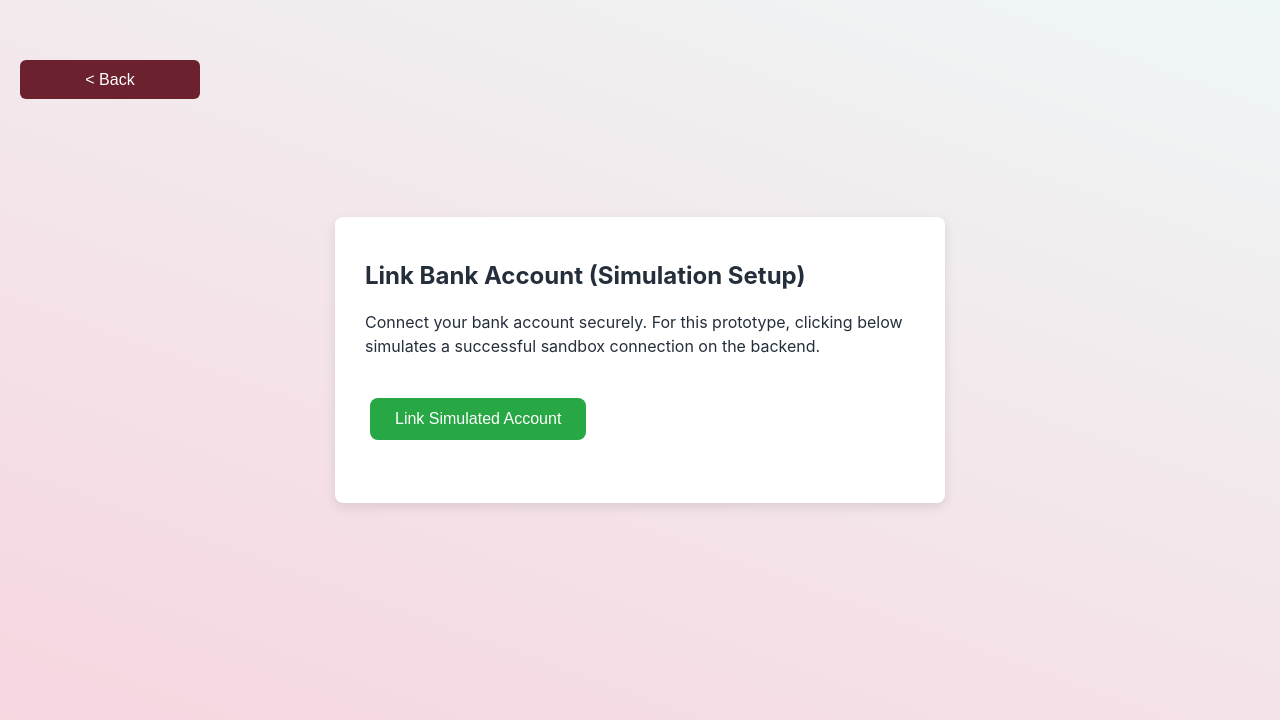
Repository: aab232/https---github.com-aab232-Deferred-Payment-Platform
Page: /link-account (app in frontend/)
An editor plug-in stored every save of this project. The page is shown before and after the next save, followed by the edit.
The browser window is 1280 px wide. The pictures show the whole page.
The project was rebuilt for these pictures with package versions that can differ from the ones it lists, and the page was loaded fresh each time. Also part of the build but not shown: frontend/src/components/Home.js, frontend/src/components/Register.js, frontend/src/components/Login.js, frontend/src/components/Main.js, frontend/src/components/Settings.js, frontend/src/components/Privacy.js, frontend/src/components/ContactUs.js, frontend/src/components/FAQ.css and 7 more.

Above is the page before, as saved 2025-05-09 01:56:45.

After the next save:
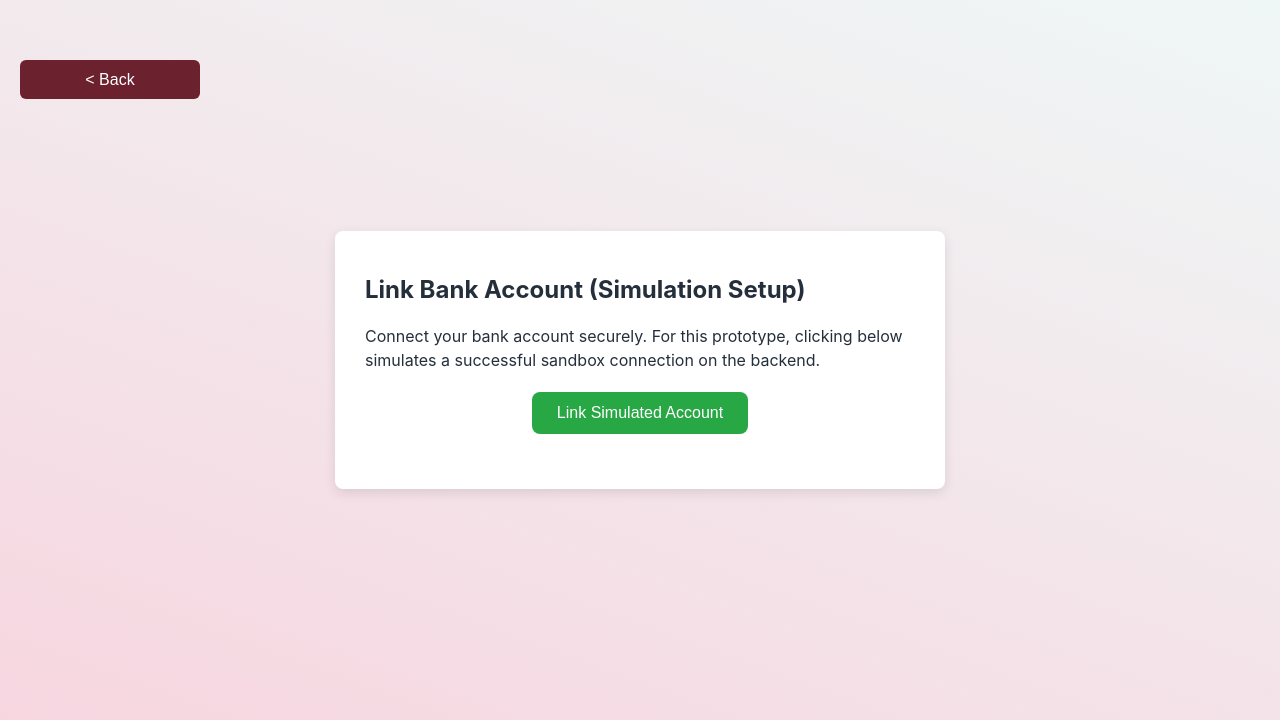
Saved 86 s later.
--- a/frontend/src/components/LinkAccount.js
+++ b/frontend/src/components/LinkAccount.js
@@ -119,7 +119,11 @@ const LinkAccount = () => {
                     onClick={handleSimulatedLinkClick}
                     disabled={linkLoading}
                     className="modal-action-button estimate-button" // Assuming these are your desired classes
-                    style={{marginTop: '20px'}}
+                    style={{marginTop: '20px',
+                            display: 'block',
+                            marginLeft: 'auto',
+                            marginRight: 'auto'
+                    }}
                 >
                     {linkLoading ? 'Linking...' : 'Link Simulated Account'}
                 </button>
